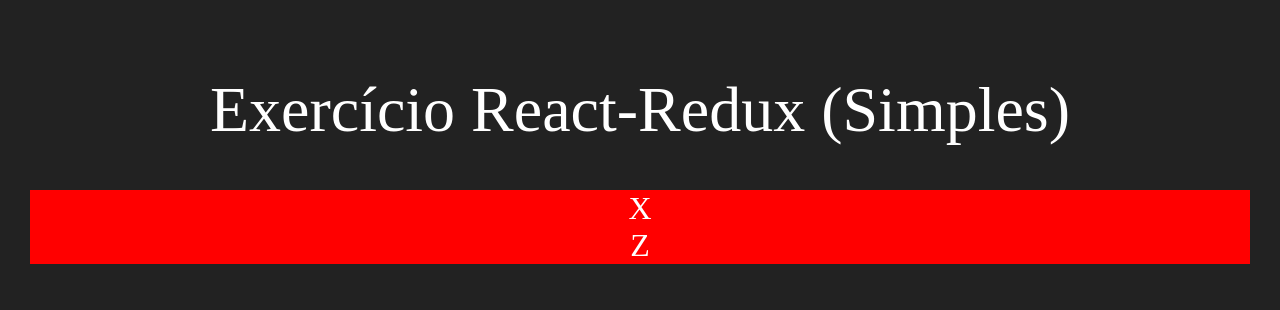
Repository: eversonps/redux-simples
Page: /
The author's editor kept a copy of each file at every save. The page is drawn from the files as they stood at one save, then again after the next save.
The browser window is 1280 px wide. The pictures show the whole page.
The project was rebuilt for these pictures with package versions that can differ from the ones it lists, and the page was loaded fresh each time.

Above is the page before, as saved 2022-03-10 17:40:58.

After the next save:
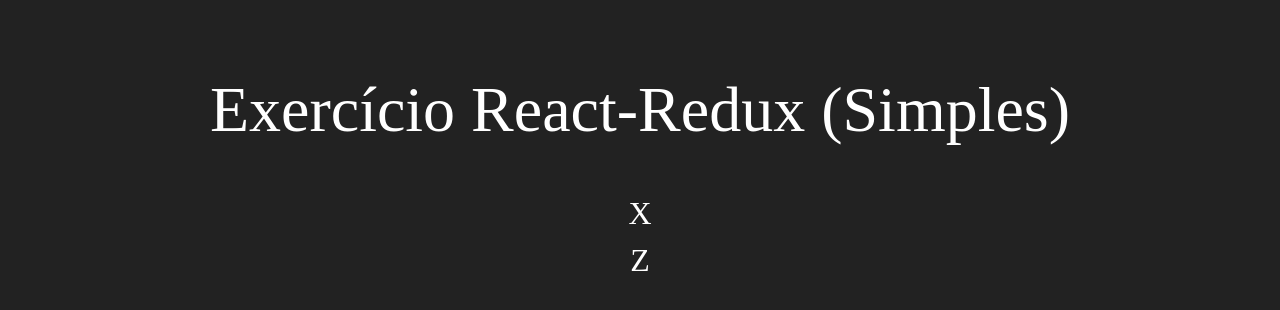
Saved 25 s later.
--- a/src/components/Card.css
+++ b/src/components/Card.css
@@ -1,4 +1,6 @@
 .Card{
     flex: 1;
-    background-color: red;
+    display: flex;
+    flex-direction: column;
+    margin: 5px;
 }
